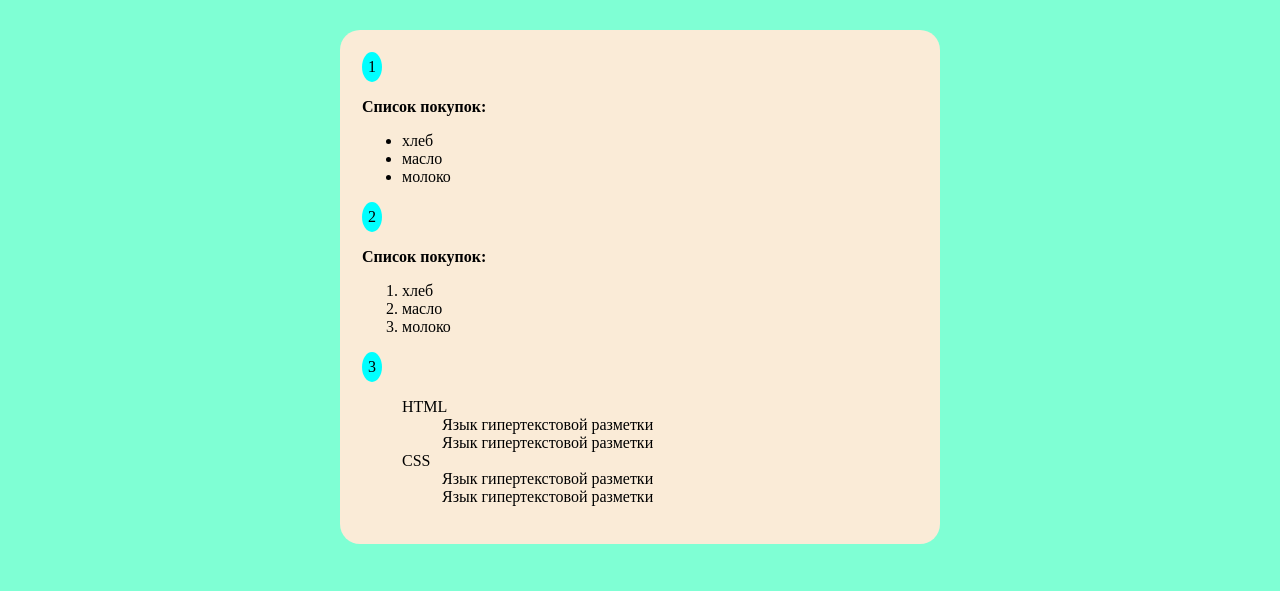
Repository: Savich01/-
Page: html/index.html
These files come from the project's save history. The page is drawn as it stood at one moment and after a run of saves; the edit follows.
The browser window is 1280 px wide. The pictures show the whole page.

Above is the page before, as saved 2024-05-31 14:44:21.

After the next 2 saves:
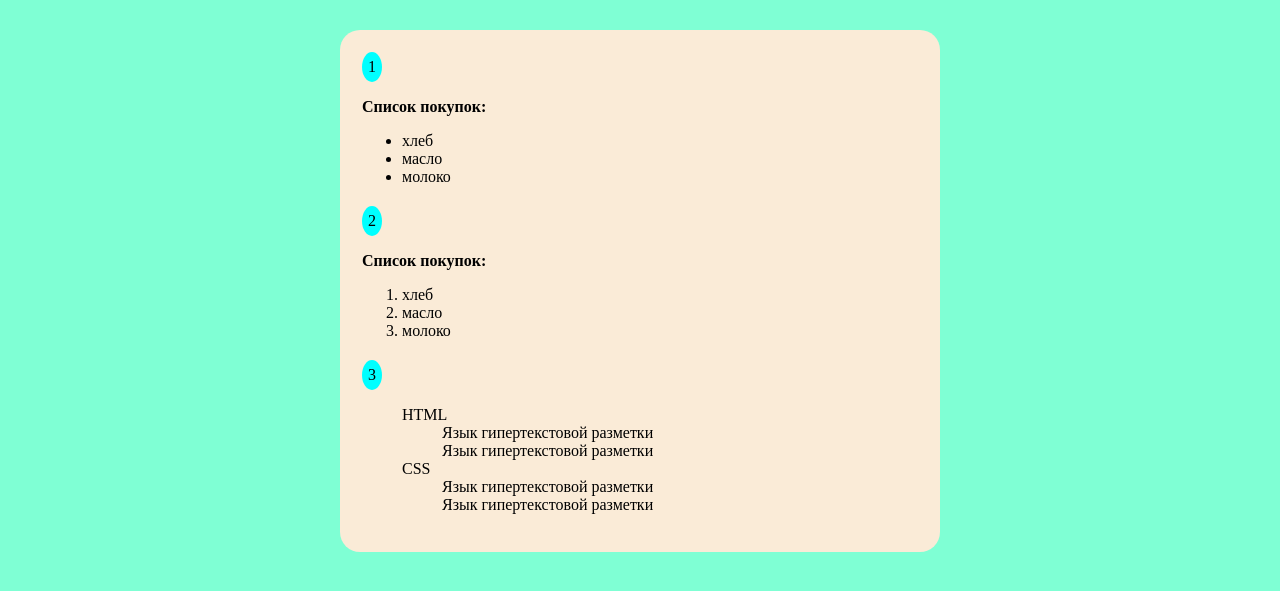
The 2 saves are shown as one change because they came seconds apart.
The last was saved 59 s later.
--- a/css/style.css
+++ b/css/style.css
@@ -23,7 +23,9 @@ body{
     padding: 6px;
     border-radius: 100%;
 }
-
+.list{
+    margin-bottom: 20px;
+}
 .main-list--item{
     list-style: none;
     /* text-decoration: none; */
